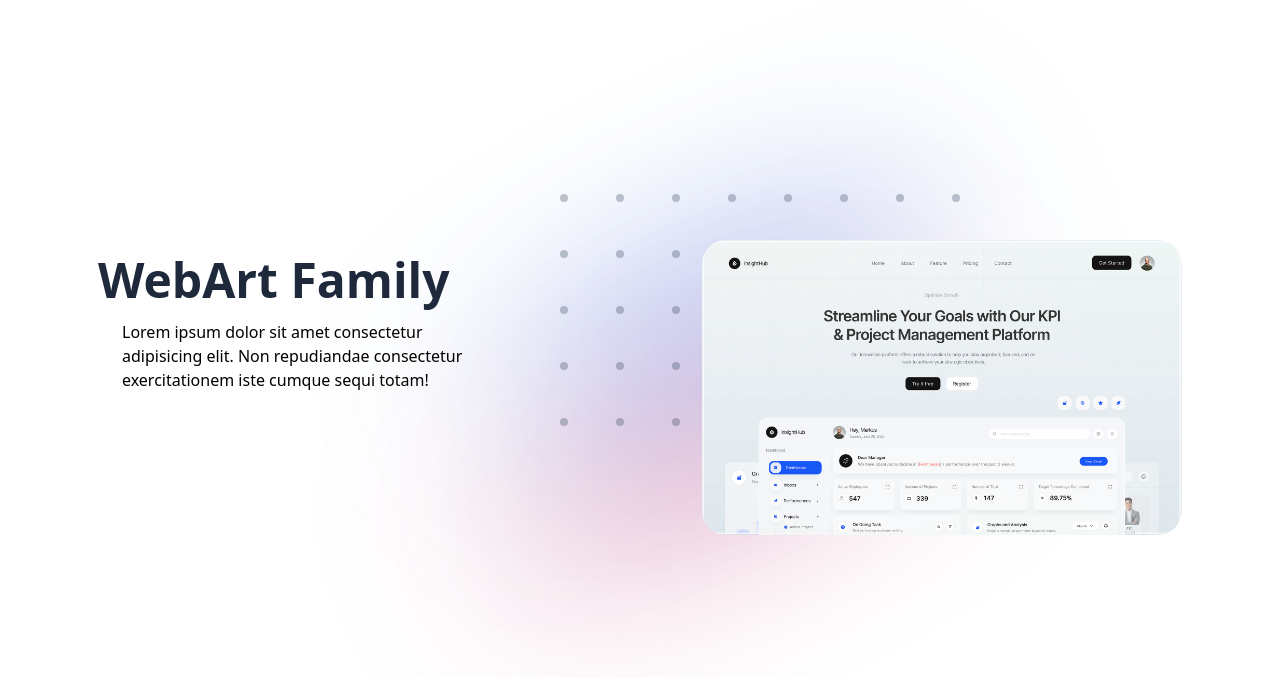
Repository: 30namp/youtube-web-art-code
Page: stunning landing page 1/index.html
An editor plug-in stored every save of this project. The page is shown before and after the next save, followed by the edit.
The browser window is 1280 px wide. The pictures show the whole page.

Above is the page before, as saved 2024-09-26 18:32:02.

After the next save:
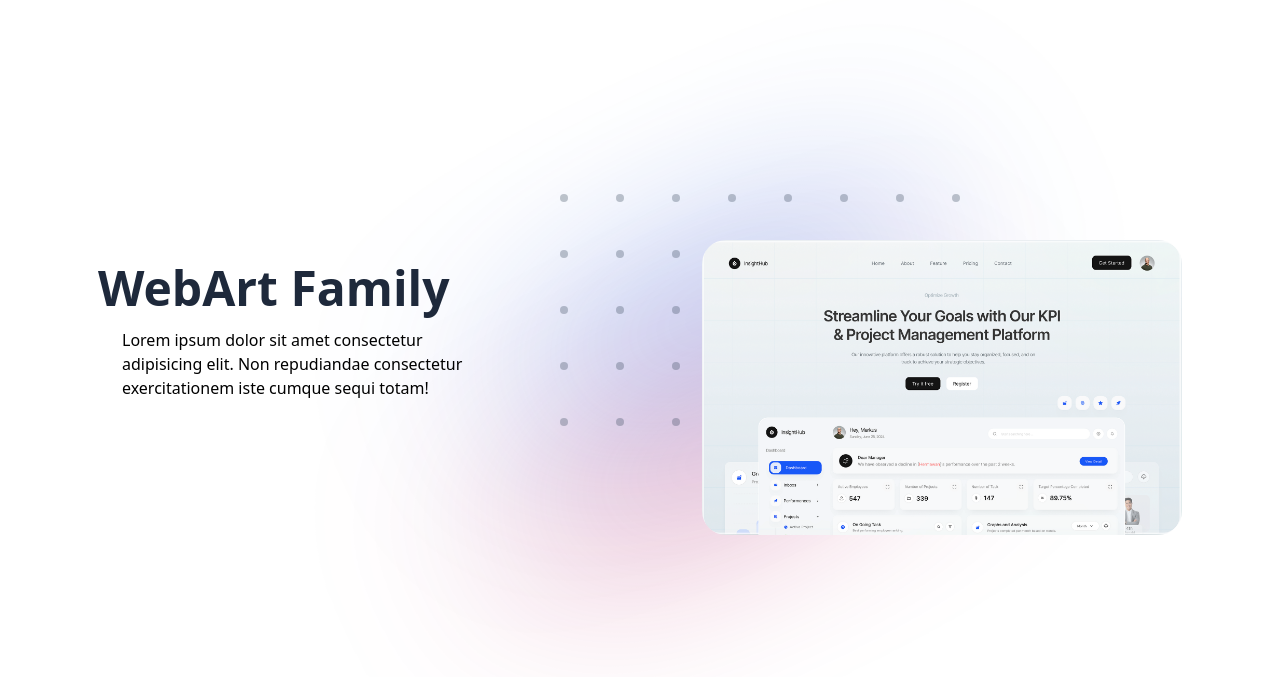
Saved 9 s later.
--- a/stunning landing page 1/index.html
+++ b/stunning landing page 1/index.html
@@ -57,8 +57,8 @@
     </div>
 
     <div class="hero-section relative pt-60 flex justify-around items-start">
-      <div class="content flex flex-col gap-4">
-        <h1 class="text-5xl font-bold text-slate-800 mt-4">WebArt Family</h1>
+      <div class="content flex flex-col gap-4 pt-6">
+        <h1 class="text-5xl font-bold text-slate-800">WebArt Family</h1>
         <div class="description ml-6 w-96">
           Lorem ipsum dolor sit amet consectetur adipisicing elit. Non
           repudiandae consectetur exercitationem iste cumque sequi totam!
